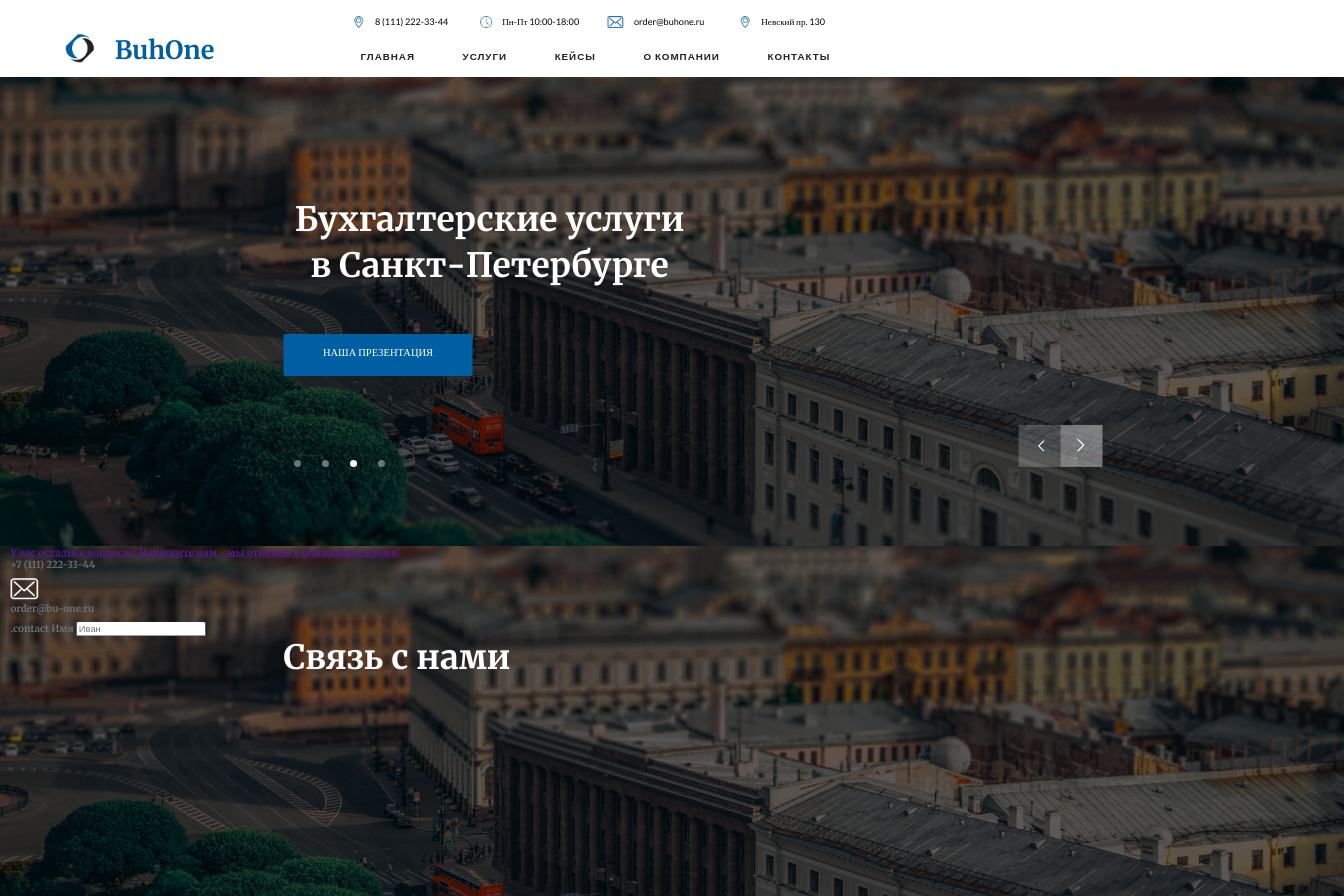
Repository: ZetsubouBilly/test
Page: index.html
The author's editor kept a copy of each file at every save. The page is drawn from the files as they stood at one save, then again after a run of saves.
The browser window is 1280 px wide. The page is 1920 px wide, so the pictures cover 1920 px, including what lies to the right of the window. The pictures show the part of the page from y = 0 to 1280 px (the page is 1785 px tall), at 70% of full size.

Above is the page before, as saved 2023-05-13 15:46:47.

### index.html
<!DOCTYPE html>
<html lang="ru">
  <head>
    <meta charset="UTF-8" />
    <meta
      name="viewport"
      content="width=device-width, initial-scale=1.0, minimum-scale=1.0, maximum-scale=1.0"
    />
    <link rel="preconnect" href="https://fonts.gstatic.com" />
    <link rel="preconnect" href="https://fonts.googleapis.com" />
    <link rel="preconnect" href="https://fonts.gstatic.com" crossorigin />
    <link
      href="https://fonts.googleapis.com/css2?family=Lato:wght@300;400;700&family=Merriweather:wght@700;900&display=swap"
      rel="stylesheet"
    />
    <link
      rel="stylesheet"
      type="text/css"
      href="https://cdn.jsdelivr.net/npm/slick-carousel@1.8.1/slick/slick.css"
    />
    <link rel="stylesheet" href="css/style.css" />

    <meta name="description" content="Описание страницы" />
    <meta name="google" content="notranslate" />
    <meta name="keywords" content="создаие сайтов, верстка сайтов" />

    <title>BuhOne</title>

    <script src="https://cdnjs.cloudflare.com/ajax/libs/jquery/3.5.1/jquery.min.js"></script>
  </head>
  <body>
    <!-- Header -->

    <header class="header" id="header">
      <div class="header__inner">
        <div class="header__inner_l">
          <div class="header__logo">
            <img src="img/logo.png" alt="" />
            <p class="header__logo_name">BuhOne</p>
          </div>
        </div>
        <div class="header__inner_r">
          <div class="top-line">
            <div class="top-line_info">
              <img class="top-line_info_img" src="img/placeholder.png" alt="" />
              <p class="top-line_info_text">8 (111) 222-33-44</p>
            </div>
            <div class="top-line_info">
              <img class="top-line_info_img" src="img/time.png" alt="" />
              <p class="top-line_info_text">Пн-Пт 10:00-18:00</p>
            </div>
            <div class="top-line_info">
              <img class="top-line_info_img" src="img/Frame.png" alt="" />
              <p class="top-line_info_text">order@buhone.ru</p>
            </div>
            <div class="top-line_info">
              <img class="top-line_info_img" src="img/placeholder.png" alt="" />
              <p class="top-line_info_text">Невский пр. 130</p>
            </div>
          </div>
          <nav class="nav" id="nav">
            <a class="nav__link" href="#" data-scroll="#features">Главная</a>
            <a class="nav__link" href="#" data-scroll="#works">Услуги</a>
            <a class="nav__link" href="#" data-scroll="#team">Кейсы</a>
            <a class="nav__link" href="#" data-scroll="#reviews">О компании</a>
            <a class="nav__link" href="#" data-scroll="#download">Контакты</a>
          </nav>
        </div>

        <button class="burger" type="button" id="navToggle">
          <span class="burger__item">Menu</span>
        </button>
      </div>
    </header>

    <!-- Intro -->

    <div class="intro" id="intro">
      <div class="container">
        <div class="intro__inner">
          <h1 class="intro__title">Бухгалтерские услуги в Санкт-Петербурге</h1>

          <a class="btn btn--blue" href="">Наша презентация</a>
          <div class="slider__controls">
            <div class="slider__controls_dot"></div>
            <div class="slider__controls_dot"></div>
            <div class="slider__controls_dot active"></div>
            <div class="slider__controls_dot"></div>
          </div>

          <div class="slider_btn">
            <div class="slider__button slider__button-prev"></div>

            <svg
              width="9"
              height="60"
              stroke="white"
              viewBox="0 0 9 15"
              fill="white"
              xmlns="http://www.w3.org/2000/svg"
            >
              <path
                d="M1.56397 7.49961L8.33822 0.725363C8.50482 0.558757 8.50482 0.29156 8.33822 0.124954C8.17161 -0.0416514 7.90442 -0.0416514 7.73781 0.124954L0.661789 7.20097C0.495183 7.36758 0.495183 7.63478 0.661789 7.80138L7.73781 14.8743C7.81954 14.956 7.92956 15 8.03644 15C8.14332 15 8.25334 14.9591 8.33508 14.8743C8.50168 14.7077 8.50168 14.4405 8.33508 14.2739L1.56397 7.49961Z"
                fill="white"
              />
            </svg>
            <div class="slider__button slider__button-next active"></div>
            <svg
              width="67"
              height="60"
              stroke="white"
              viewBox="-33 -18 26 53"
              fill="none"
              xmlns="http://www.w3.org/2000/svg"
            >
              <path
                d="M7.43599 7.50039L0.661751 14.2746C0.495145 14.4412 0.495145 14.7084 0.661751 14.875C0.828356 15.0417 1.09555 15.0417 1.26216 14.875L8.33818 7.79903C8.50479 7.63242 8.50479 7.36522 8.33818 7.19862L1.26216 0.125741C1.18043 0.0440098 1.0704 6.46293e-07 0.963525 6.55637e-07C0.856646 6.6498e-07 0.746623 0.0408666 0.664892 0.125741C0.498287 0.292346 0.498287 0.559543 0.664892 0.726148L7.43599 7.50039Z"
                fill="white"
              ></path>
            </svg>
          </div>
        </div>
      </div>
    </div>

    <div class="contact" id="">
      <div class="container">
        <div class="contact_all">
          <div class="contact_l">
            <h1 class="contact__title">Связь с нами</h1>
            <a href="" class="contact__question"
              >У вас остались вопросы? Напишите нам - мы ответим в ближайшее
              время!</a
            >

            <div class="contact_l_footer">
              <p class="contact_phone">+7 (111) 222-33-44</p>
              <div class="contact_flex_email">
                <img src="img/letter.png" alt="" />
                <p class="contact_email">order@bu-one.ru</p>
              </div>
            </div>
          </div>
          <div class="contact_r">
            <form class="contact_form" action="">
                .contact
                <label class="contact_label" for="">Имя</label>
                <input type="text" placeholder="Иван">
            </form>
          </div>
        </div>
      </div>
    </div>

    <!-- Testimonials

<div class="reviews" id="reviews">
    <div class="container">

        <div class="reviews__slider" id="reviewsSlider">
            <div class="slick-item">
             <div class="reviews__item">
                 <div class="reviews__photo">
                     <img class="reviews__img" src="img/reviews/review-1.jpg" alt="">
                 </div>
                 <div class="reviews__content">
                        <div class="reviews__text">“Integer posuere erat a ante venenatis dapibus posuere velit aliquet. Donec sed odio dui. Aenean eu leo quam...”</div>
                       <div class="reviews__author">Susan Sims, Interaction Designer at XYZ</div>
                 </div>
                </div>
            </div>

                <div class="slick-item">
                <div class="reviews__item">
                    <div class="reviews__photo">
                        <img class="reviews__img" src="img/reviews/review-1.jpg" alt="">
                    </div>
                    <div class="reviews__content">
                           <div class="reviews__text">"Lorem ipsum dolor sit amet consectetur, adipisicing elit. Maiores, tempore velit, debitis quasi doloribus vero natus sint ratione temporibus fugiat voluptatum nesciunt modi. Adipisci aliquid voluptatem magni laborum, facilis nisi".</div>
                          <div class="reviews__author">Susan Sims, Interaction Designer at XYZ</div>
                    </div>
                   </div>
                </div>
            </div>
        </div>

    </div>
</div> <!-- /reviews -->
    -->

    <!-- Footer -->

    <footer class="footer">
      <div class="container">
        <div class="footer__inner">
          <div class="footer__block">
            <h4 class="footer__title">Location</h4>
            <address class="footer__adress">
              <div>3481 Melrose Place</div>
              <div>Beverly Hills, CA 90210</div>
            </address>
          </div>

          <div class="footer__block">
            <h4 class="footer__title">Share with Love</h4>
            <div class="social social--footer">
              <a class="social__item" href="" target="_blank">
                <svg class="social__icon">
                  <use xlink:href="#facebook"></use>
                </svg>
              </a>

              <a class="social__item" href="" target="_blank">
                <svg class="social__icon">
                  <use xlink:href="#twitter"></use>
                </svg>
              </a>

              <a class="social__item" href="" target="_blank">
                <svg class="social__icon">
                  <use xlink:href="#linkedin"></use>
                </svg>
              </a>
            </div>
          </div>
          <!-- /footer__block__social -->

          <div class="footer__block">
            <h4 class="footer__title">About ActiveBox</h4>
            <div class="footer__text">
              <p>
                Cras justo odio, dapibus ac facilisis in, egestas eget quam.
                Donec ullamcorper nulla non metus auctor fringilla.
              </p>
            </div>
          </div>
        </div>
        <!-- /footer__inner -->
      </div>
      <!-- /container -->

      <div class="copyright">
        <div class="container">
          <div class="copyright__text">
            <div>Copyright © 2015 ActiveBox. All Rights Reserved</div>
            <div>Made <span>by Kamal Chaneman</span></div>
          </div>
        </div>
      </div>
    </footer>

    <!-- Javascript -->
    <script src="https://cdn.jsdelivr.net/npm/slick-carousel@1.8.1/slick/slick.min.js"></script>
    <script src="js/app.js"></script>
  </body>
</html>

### css/style.css
body {
  margin: 0;

  font-family: "Merriweather", sans-serif;
  font-size: 14px;
  color: #6c7279;
  -webkit-font-smoothing: antialiased;

  background-color: #fff;
}

*,
*:before,
*:after {
  box-sizing: border-box; /* алгоритм подсчета размеров с учетом padding и границ. */
}

h1,
h2,
h3,
h4,
h5,
h6 {
  margin: 0;
}

p {
  margin: 0 0 10px;
}

/* Container
==================== */

.container {
  width: 100%;
  max-width: 1920px;
  margin: 0 auto;
  padding: 0 15px;
}

/* Header
==================== */

.header {
  /* position: absolute; */
  width: 100%;
  height: 73px;
  height: 110px;
  /* left: 50%; */
  /* top: 6.52px; */
  /* margin-left: -560px; */
  background-color: #fff;
}

.header.fixed {
  height: auto;

  position: fixed; /* фиксируем шапку при скроле*/

  background-color: #fff;
}

.header.fixed .header__inner {
  padding-top: 15px;
  padding-bottom: 15px;

  border-bottom: 0;
}

.header__inner {
  display: flex;
  justify-content: space-around;
  align-items: center;
  max-width: 1116px;
  /* padding: 35px 0; */

  /* border-bottom: 1px solid #4d5066; */
  margin: 0 auto;
}
.header__inner_l {
  margin-right: 185px;
}
.header__inner_r {
  display: flex;
  flex-direction: column;
  width: 671px;
}

.header__logo {
  display: flex;
  align-items: flex-start;
  justify-content: space-between;
  max-width: 260px;
  padding-top: 33px;
}
.header__logo_name {
  font-size: 36px;
  margin-left: 30px;
  color: #005fa3;
}

/* Top-line
==================== */

.top-line {
  display: flex;
  padding: 23px 0px 0px 40px;
  justify-content: center;
  margin-bottom: 22px;
  width: 671px;
}
.top-line_info {
  display: flex;
  margin-right: 40px;
}
.top-line_info_img {
  margin-right: 15px;
  max-width: 23px;
  height: 17px;
}
.top-line_info_text {
  font-family: "Lato";
  font-style: normal;
  font-weight: 400;
  font-size: 13px;
  line-height: 17px;
  width: 110px;

  color: #000000;
}

/* Nav
==================== */

.nav {
  display: flex;
  font-size: 13px;
  font-weight: 700;
  text-transform: uppercase;
  width: 671px;
  justify-content: space-between;
  margin-bottom: 31px;
}

.nav__link {
  font-family: "Lato", sans-serif;
  font-style: normal;
  font-weight: 700;
  font-size: 14px;
  line-height: 17px;

  letter-spacing: 0.1em;
  text-transform: uppercase;

  color: #222222;
  text-decoration: none;
}
.nav__link:first-child {
  margin-left: 0;
}

.nav__link:hover {
  opacity: 1;
}

/* Intro
==================== */

.intro {
  /* position: absolute; */
  width: 1920px;
  height: 670px;
  /* left: 0px;
    top: 110px; */

  /* background-size: cover; */
  background: linear-gradient(0deg, rgba(0, 0, 0, 0.6), rgba(0, 0, 0, 0.6)),
    url("../img/Rectangle.png") no-repeat;
}

.intro__inner {
  width: 100%;
  max-width: 1920px;
  margin: 0 auto;
  text-align: center;
}

.intro__title {
  position: absolute;
  width: 589px;
  height: 117px;
  left: 405px;
  top: 280px;

  /* h1 */

  font-family: "Merriweather";
  font-style: normal;
  font-weight: 700;
  font-size: 48px;
  line-height: 66px;

  color: #ffffff;
}

.intro__subtitle {
  margin-bottom: 60px;
  font-size: 22px;
  color: #fff;
  line-height: 1.5;
  font-weight: 400;
}

/* Button
==================== */

.btn {
  display: inline-block;
  vertical-align: top;
  padding: 14px 40px;

  border-radius: 2px;
  border: 0;
  cursor: pointer;

  font-family: "Lato";
  font-style: normal;
  font-weight: 400;
  font-size: 15px;
  line-height: 25px;
  text-align: center;

  color: #fff;

  text-transform: uppercase;
  text-decoration: none;

  transition: background 0.1s linear;
}

.btn--blue {
  position: absolute;
  width: 270px;
  height: 60px;
  left: 405px;
  top: 477px;

  background: #005fa3;
}


/* Slider Controls
==================== */
.slider__controls {
  position: absolute;
  width: 160px;
  height: 10px;
  left: 405px;
  top: 657px;
  display: flex;
  justify-content: space-around;
}

.slider__controls_dot {
  /* position: absolute; */
  width: 10px;
  height: 10px;
  /* left: 555px; */
  /* top: 657px; */
  border-radius: 50%;

  background: #ffffff;
  opacity: 0.4;
}
.slider__controls_dot.active {
  opacity: 1;
}

.slider_btn {
  position: absolute;

  left: 1455px;
  top: 607px;
  display: flex;
}
.slider__button {
    position: relative;
  width: 60px;
  height: 60px;
  background-color: #fff;
  opacity: 0.2;
}
 svg {
    position: absolute;
    left: 23.58%;
    right: 23.58%;
    top: 0%;
    bottom: 0%;
    opacity: 1;
  }
.slider__button-prev {
    position: relative;
  /* background: #ffffff; */
  /* opacity: 0.2; */

}


.slider__button-next.active {
    position: relative;
  background: #ffffff;
  opacity: 0.4;
}
/* .slider__button-next img{
    position: absolute;
    left: 76.42%;
    right: -29.26%;
    top: 100%;
    bottom: -100%;

    transform: rotate(180deg);
} */

/* Cpntact
==================== */
.contact {
    position: relative;
    width: 1920px;
    height: 670px;
    /* left: 0px;
      top: 110px; */

    /* background-size: cover; */
    background: linear-gradient(0deg, rgba(0, 0, 0, 0.6), rgba(0, 0, 0, 0.6)),
      url("../img/Rectangle.png") no-repeat;
  }
.contact__title {
    position: absolute;
    width: 589px;
    height: 117px;
    left: 405px;
    top: 125px;

    /* h1 */

    font-family: "Merriweather";
    font-style: normal;
    font-weight: 700;
    font-size: 48px;
    line-height: 66px;

    color: #ffffff;
}

.features {
  display: flex;
  flex-wrap: wrap;
  margin: 95px 0;
}

.features__item {
  width: 33.33333%;
  padding: 0 40px;
  text-align: center;
  margin: 25px 0;
}

.features__icon {
  margin-bottom: 25px;
}

.features__title {
  margin-bottom: 20px;
  font-size: 14px;

  color: #2d3033;
  font-weight: 700;
  text-transform: uppercase;
}

.features__text {
  font-size: 14px;
  line-height: 1.5;
  color: #6c7279;
}

/* Works
===================*/

.works {
  display: flex;
  flex-wrap: wrap;
}

.works__item {
  width: 25%;
  height: 350px;
  border-bottom: 1px solid #fff;
  border-right: 1px solid #fff;

  position: relative;
  overflow: hidden;
}
.works__item:hover .works__content {
  opacity: 1;
}

.works__photo {
  min-width: 100%;
  position: absolute;
  top: 50%;
  left: 50%;
  z-index: 1;

  transform: translate3d(-50%, -50%, 0);
}

.works__content {
  display: flex;
  flex-direction: column;
  justify-content: center;
  width: 100%;
  height: 100%;
  opacity: 0;

  text-align: center;

  background-color: rgba(232, 69, 69, 0.9);

  position: absolute;
  top: 0;
  left: 0;
  z-index: 2;
  transition: opacity 0.2s linear;
}

.works__title {
  margin-bottom: 5px;

  font-size: 14px;
  font-weight: 700;
  color: #fff;
  text-transform: uppercase;
}

.works__text {
  font-size: 14px;
  color: #fff;
}

/* Team
==================*/

.team {
  margin: 100px 0;
}

.team__inner {
  display: flex;
  flex-wrap: wrap;
  margin: 0 -15px;
}

.team__item {
  width: 25%;
  padding: 0 15px;
  margin-bottom: 30px;
}

.team__photo {
  display: block;
  min-width: 100%;
  height: auto;
  margin-bottom: 20px;
}

.team__name {
  margin-bottom: 8px;

  font-size: 25px;
  color: #2d3033;
}

.team__prof {
  margin-bottom: 15px;

  font-size: 13px;
  color: #e84545;
  text-transform: uppercase;
}

.team__text {
  margin-bottom: 20px;

  font-size: 14px;
  line-height: 1.5;
  color: #6c7279;
}

/* Social
==================*/

.social {
  display: flex;
}

.social--footer {
  justify-content: center;
}

.social__item {
  display: flex;
  justify-content: center;
  align-items: center;
  width: 40px;
  height: 40px;
  margin-right: 4px;

  background-color: #fff;
  border: 1px solid #e8ecee;

  transition: background 0.1s linear;
}
.social__item:hover {
  background-color: #e8ecee;
}

.social__item:hover .social__icon {
  fill: #000;
}

.social--footer .social__item {
  background-color: transparent;
  border-width: 2px;
  border-color: #fff;
  border-radius: 2px;
}

.social--footer .social__item:hover {
  background-color: #fff;
}

.social__icon {
  display: block;
  height: 18px;
  fill: #c6cacc;

  transition: fill 0.1s linear;
}

.social--footer .social__icon {
  fill: #fff;
}

/* reviews
==================*/

.reviews {
  overflow: hidden;
  background-color: #53354a;
}

.reviews__slider {
  height: 500px;
  overflow: hidden;
}

.reviews__slider.slick-initialized {
  height: auto;
}

.reviews__item {
  display: flex;
  flex-wrap: wrap;
  overflow: hidden;
}

.reviews__photo {
  width: 50%;
  height: 500px;
  position: relative;
}

.reviews__img {
  position: absolute;
  top: 50%;
  right: 0;
  z-index: 1;

  transform: translateY(-50%);
}

.reviews__content {
  display: flex;
  flex-direction: column;
  justify-content: center;
  width: 50%;
  padding-left: 80px;
}

.reviews__text {
  margin-bottom: 25px;

  font-family: "Cardo", sans-serif;
  font-style: italic;
  font-size: 36px;
  line-height: 1.2;
  color: #fff;
}

.reviews__author {
  font-size: 13px;
  font-weight: 700;
  text-transform: uppercase;
  color: #fff;
}

.slick-dots {
  display: flex;
  justify-content: center;
  margin: 0;
  padding: 0 0 10px;
  list-style: none;
  width: 50%;

  position: absolute;
  bottom: 0;
  right: 0;
  z-index: 2;
}
.slick-dots li {
  margin: 0 5px;
}

.slick-dots button {
  width: 15px;
  height: 15px;
  padding: 0;

  background: #fff;
  border-radius: 50%;
  border: 0;
  opacity: 0.5;
  cursor: pointer;

  font-size: 0;
  color: transparent;
}

.slick-dots button:focus {
  outline: 0;
}

.slick-dots .slick-active button {
  opacity: 1;
}

/* Download
==================*/

.download {
  margin: 90px 0;

  text-align: center;
}

.download__title {
  margin-bottom: 10px;

  font-size: 28px;
  color: #2d3033;
  font-weight: 300;
}

.download__text {
  margin-bottom: 30px;

  font-size: 13px;
  color: #2d3033;
  font-weight: 700;

  text-transform: uppercase;
}

/* Features
==================== */

.footer {
  background-color: #3a3e64;
}

.footer__inner {
  padding: 70px 0;

  display: flex;
  flex-wrap: wrap;
}

.footer__block {
  width: 33.33333%;
  padding: 0 15px;

  text-align: center;
}

.footer__title {
  margin-bottom: 10px;

  font-size: 14px;
  font-weight: 700;
  color: #fff;
  text-transform: uppercase;
}

.footer__adress {
  font-size: 14px;
  line-height: 1.5;
  font-style: normal;
  color: rgba(255, 255, 255, 0.5);
}

.footer__text {
  font-size: 14px;
  line-height: 1.5;
  color: rgba(255, 255, 255, 0.5);
}

/* copyright
==================== */
.copyright {
  padding: 20px 0;
  background-color: #313454;
}

.copyright__text {
  text-align: center;
  font-size: 14px;
  color: #808080;
}

.copyright__text span {
  color: #fff;
}

/* Burger
==================== */
.burger {
  display: none;
  padding: 9px 2px;

  background: none;
  border: 0;
  cursor: pointer;
}

.burger__item {
  display: block;
  width: 30px;
  height: 3px;

  background-color: #fff;

  font-size: 0;
  color: transparent;

  position: relative;
}

.burger__item:before,
.burger__item:after {
  content: "";
  width: 100%;
  height: 100%;

  background-color: #fff;

  position: absolute;
  left: 0;
  z-index: 1;
}

.burger__item:before {
  top: -8px;
}

.burger__item:after {
  bottom: -8px;
}

/* Media
==================== */
@media (max-width: 1300px) {
  /* Works */
  .works__item {
    width: 50%;
  }
}

@media (max-width: 991px) {
  /* Nav  скрываем кнопки навигации при смене размера девайса*/
  .nav {
    display: none;
    flex-direction: column;
    background-color: #31344e;

    width: 100%;
    text-align: right;

    position: absolute;
    top: 100%;
    right: 0;
  }

  .nav.show {
    display: flex;
  }

  .nav__link {
    padding: 9px 15px;
  }

  /* Burger */
  .burger {
    display: block;
  }

  /* intro  меняем размер title под размер девайса*/
  .intro__title {
    font-size: 40px;
  }

  /* Features */
  .features__item {
    width: 50%;
  }

  /* Team */
  .team__item {
    width: 50%;

    text-align: center;
  }

  .team__photo {
    margin-left: auto;
    margin-right: auto;
  }

  /* Team */
  .social {
    justify-content: center;
  }

  /*Reviews */
  .reviews__photo {
    width: 100%;
    margin: 15px 0 40px;
    overflow: hidden;
  }

  .reviews__content {
    width: 100%;
    padding-left: 0;
    padding-bottom: 40px;
  }
}

@media (max-width: 767px) {
  .intro {
    height: auto;
    padding-top: 130px;
    padding-bottom: 30px;
  }

  .intro__title {
    font-size: 30px;
  }

  .intro__subtitle {
    margin-bottom: 30px;

    font-size: 16px;
  }

  /* Features */
  .features {
    margin: 40px 0;
  }

  .features__item {
    width: 100%;
    padding-left: 0;
    padding-right: 0;
  }

  /* Works */
  .works__item {
    width: 100%;
    height: 300px;
  }

  /* Team */
  .team {
    margin: 60px 0 30px;
  }
  .team__item {
    width: 100%;
  }

  /* Reviews */
  .reviews__text {
    font-size: 25px;
  }

  /* Btn */
  .btn--long {
    min-width: 260px;
  }

  /* Download */
  .download {
    margin: 50px 0;
  }

  .download__title {
    font-size: 24px;
  }

  /* Footer */
  .footer__inner {
    padding: 30px 0;
  }
  .footer__block {
    width: 100%;
    padding-left: 0;
    padding-right: 0;
    margin-bottom: 30px;
  }
  .footer__block:last-child {
    margin-bottom: 0;
  }
}

@media (max-width: 414px) {
  /*Reviews */
  .reviews__img {
    right: -100px;
  }
}

Loaded but not shown: js/app.js (82 lines, source omitted)

After the next 2 saves:
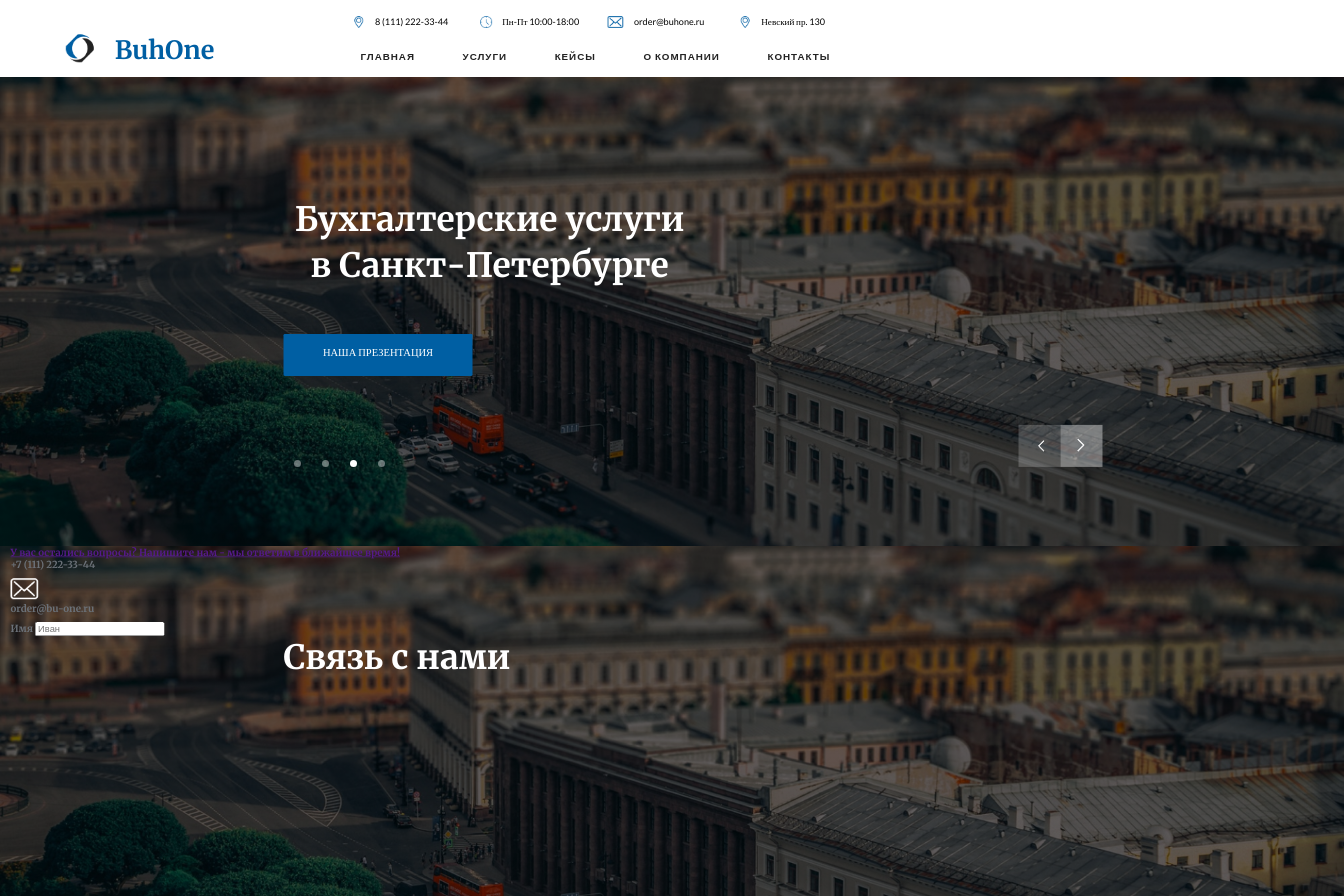
The 2 saves are shown as one change because they came seconds apart.
The last was saved 6 s later.
--- a/index.html
+++ b/index.html
@@ -143,7 +143,9 @@
           </div>
           <div class="contact_r">
             <form class="contact_form" action="">
-                .contact
+                <div class="contact_r_header">
+
+                </div>
                 <label class="contact_label" for="">Имя</label>
                 <input type="text" placeholder="Иван">
             </form>
